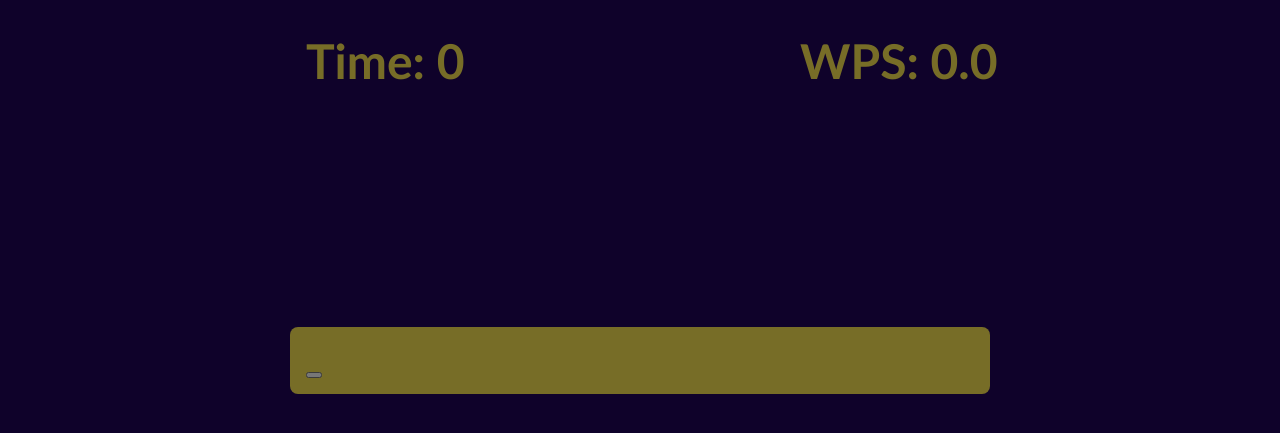
Repository: KhangNguyenIU/Vanilajs-TypingSpeed
Page: index.html
An editor plug-in stored every save of this project. The page is shown before and after the next save, followed by the edit.
The browser window is 1280 px wide. The pictures show the whole page.

Above is the page before, as saved 2021-10-15 11:27:15.
Console error: TypeError: button.onclick is not a function

### index.html
<!DOCTYPE html>
<html lang="en">
  <head>
    <meta charset="UTF-8" />
    <meta http-equiv="X-UA-Compatible" content="IE=edge" />
    <meta name="viewport" content="width=device-width, initial-scale=1.0" />
    <link rel="stylesheet" href="style.css" />
    <script src="script.js" defer></script>
    <title>Typing Game</title>
  </head>
  <body>
    <body>
      <div class="container">
        <div class="timer">
          <span>Time: </span>
          <span id="timer">0</span>
        </div>
        <div class="word-speed">
          <span> WPS: </span>
          <span id="word-speed"> 0.0 </span>
        </div>
        <div class="quote-display" id="quoteDisplay"></div>
        <button id=button></button>
      </div>

      <div class="modal" id ="modal">
          <div class="modal-body">
              <p>Congratulation</p>
              <p>Accuracy : 90%</p>
              <p>Word per seconds: 3.43</p>
          </div>
      </div>
      <div id="overlay">

      </div>
    </body>
  </body>
</html>

### style.css
* {
    box-sizing: border-box;
  }

  body {
    display: flex;
    justify-content: center;
    align-items: center;
    min-height: 100vh;
    margin: 0;
    background-color: #1E0555;
  }

  body, .quote-input {
    font-family: 'Gill Sans', 'Gill Sans MT', Calibri, 'Trebuchet MS', sans-serif;
  }

  .container {
    background-color: #F0DB4F;
    padding: 1rem;
    border-radius: .5rem;
    width: 700px;
    max-width: 90%;
  }

  #overlay {
    position: fixed;
    opacity: 1;
    transition: 200ms ease-in-out;
    top: 0;
    left: 0;
    right: 0;
    bottom: 0;
    background-color: rgba(0, 0, 0, .5  );
    pointer-events: none;
  }

  .modal {
    position: absolute;
    top: 50%;
    left: 50%;
    transform: translate(-50%, -50%) scale(0);
    transition: 200ms ease-in-out;
    border-radius: 5px;
    z-index: 10;
    background-color: white;
    width: 500px;
    height: 500px;
    max-width: 80%;
    display: flex;
    flex-direction: column;
    justify-content: center;
    align-items: center;
  }

  .modal.active{
    transform: scale(1);
  }
  .modal-body{

  }
  .timer {
    position: absolute;
    top: 2rem;
    font-size: 3rem;
    color: #F0DB4F;
    font-weight: bold;
  }

  .word-speed {
    position: absolute;
    top: 2rem;
    left:50rem;
    font-size: 3rem;
    color: #F0DB4F;
    font-weight: bold;
  }

  .quote-display {
    margin-bottom: 1rem;
    margin-left: calc(1rem + 2px);
    margin-right: calc(1rem + 2px);
    font-size: 26px;
    letter-spacing: 1.5px;
    line-height: 40px;
    color: rgba(0,0,0,.5);
  }

  .current-char{
    color:black;
    text-decoration: underline;

  }

  .quote-input {
    background-color: transparent;
    border: 2px solid #A1922E;
    outline: none;
    width: 100%;
    height: 8rem;
    margin: auto;
    resize: none;
    padding: .5rem 1rem;
    font-size: 1rem;
    border-radius: .5rem;
  }

  .quote-input:focus {
    border-color: black;
  }

  .correct {
    color: green;
  }

  .incorrect {
    color: red;
  }

### script.js
const RANDOM_QUOTE_API_URL = "http://api.quotable.io/random"

const quoteDisplayElement = document.getElementById('quoteDisplay')
const quoteInputElement = document.getElementById('quoteInput')
const timerDisplay = document.getElementById("timer")
const modal = document.getElementById("modal")
const overlay = document.getElementById("overlay")
const wordSpeedDisplay = document.getElementById('word-speed')
const blockedKey = [91, 20, 18, 17, 16, 13, 9]
let current = 0
let correct = 0
let duration;
let wordSpeed;
let flag = false
let startTime;
var interval;


const button = document.getElementById("button")
button.onclick(function(){
    modal.classList.add("active")
})
function getRandomQuote() {
    return fetch(RANDOM_QUOTE_API_URL)
        .then(response => response.json())
        .then(data => data.content)
}

const startTimer = () => {
    let current = new Date()
    duration = Math.floor((current - startTime) / 1000)
    wordSpeed = (correct / duration).toFixed(2);
    wordSpeedDisplay.innerText = wordSpeed
    timerDisplay.innerText = duration
}


document.addEventListener('keydown', onTyping)

function onTyping(event) {

    if (!flag) {
        startTime = new Date()
        interval = setInterval(startTimer, 1000)
        flag = true
    }
    let arrayQuote = quoteDisplayElement.querySelectorAll("span")

    if (!blockedKey.includes(event.keyCode)) {
        if (event.key == arrayQuote[current].innerText) {
            arrayQuote[current].classList.remove("current-char")
            arrayQuote[current].classList.add("correct")
            current = current += 1;
            correct += 1
            if (current < arrayQuote.length)
                arrayQuote[current].classList.add("current-char")
            if (current >= arrayQuote.length) {
                clearInterval(interval)
                return;
            }
        }

        else {
            // arrayQuote[current].classList.remove("current-char")
            arrayQuote[current].classList.add("incorrect")
        }
    }

}

async function renderNewQuote() {
    const quote = await getRandomQuote();
    quoteDisplayElement.innerHTML = ""
    quote.split("").forEach(element => {
        const characterSpan = document.createElement("span")
        characterSpan.innerText = element
        quoteDisplayElement.appendChild(characterSpan)
    });
    quoteDisplayElement.querySelector("span").classList.add("current-char")
}



renderNewQuote()

After the next save:
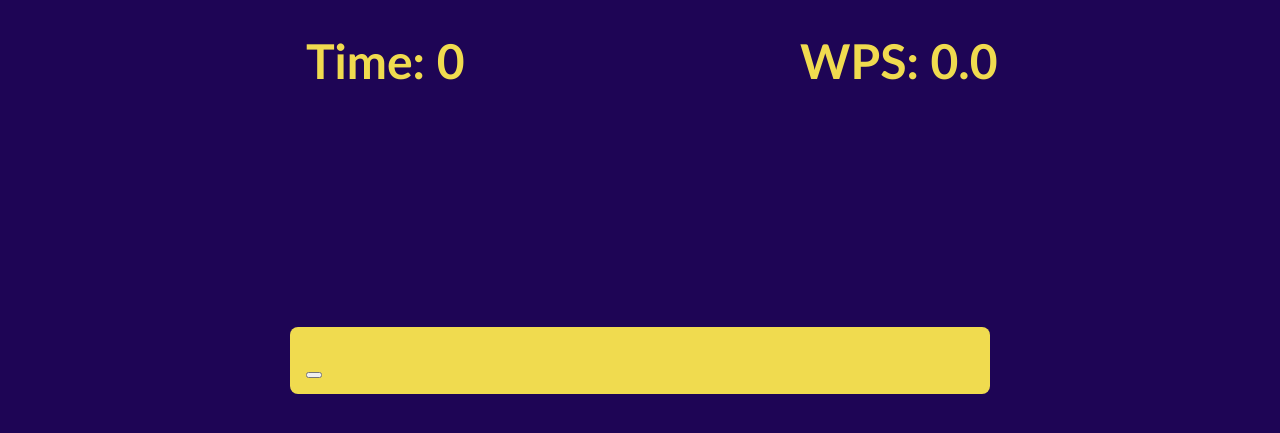
Saved 9 s later.
--- a/style.css
+++ b/style.css
@@ -25,7 +25,7 @@
 
   #overlay {
     position: fixed;
-    opacity: 1;
+    opacity: 0;
     transition: 200ms ease-in-out;
     top: 0;
     left: 0;

After the save that followed:
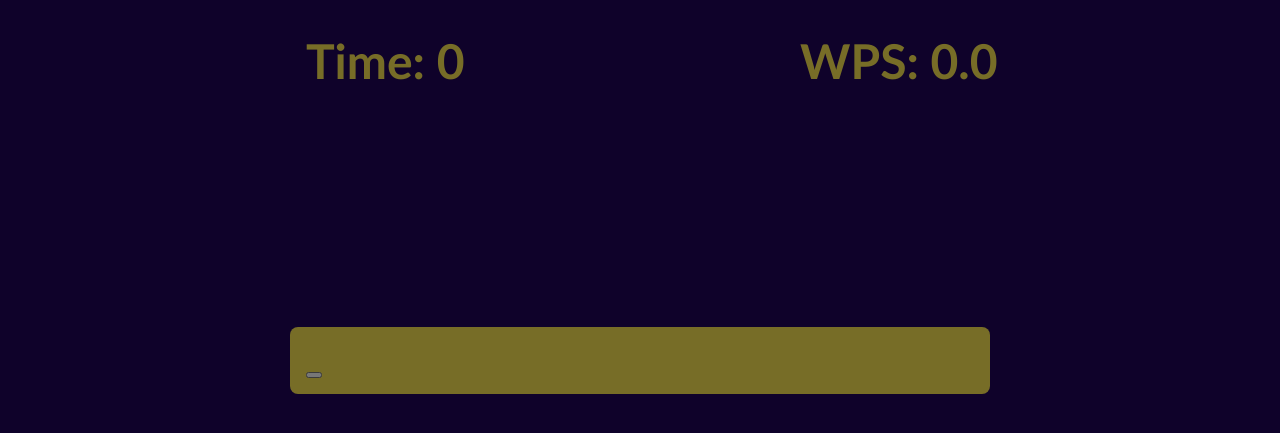
Saved 31 s later.
--- a/style.css
+++ b/style.css
@@ -25,7 +25,7 @@
 
   #overlay {
     position: fixed;
-    opacity: 0;
+    opacity: 1;
     transition: 200ms ease-in-out;
     top: 0;
     left: 0;
